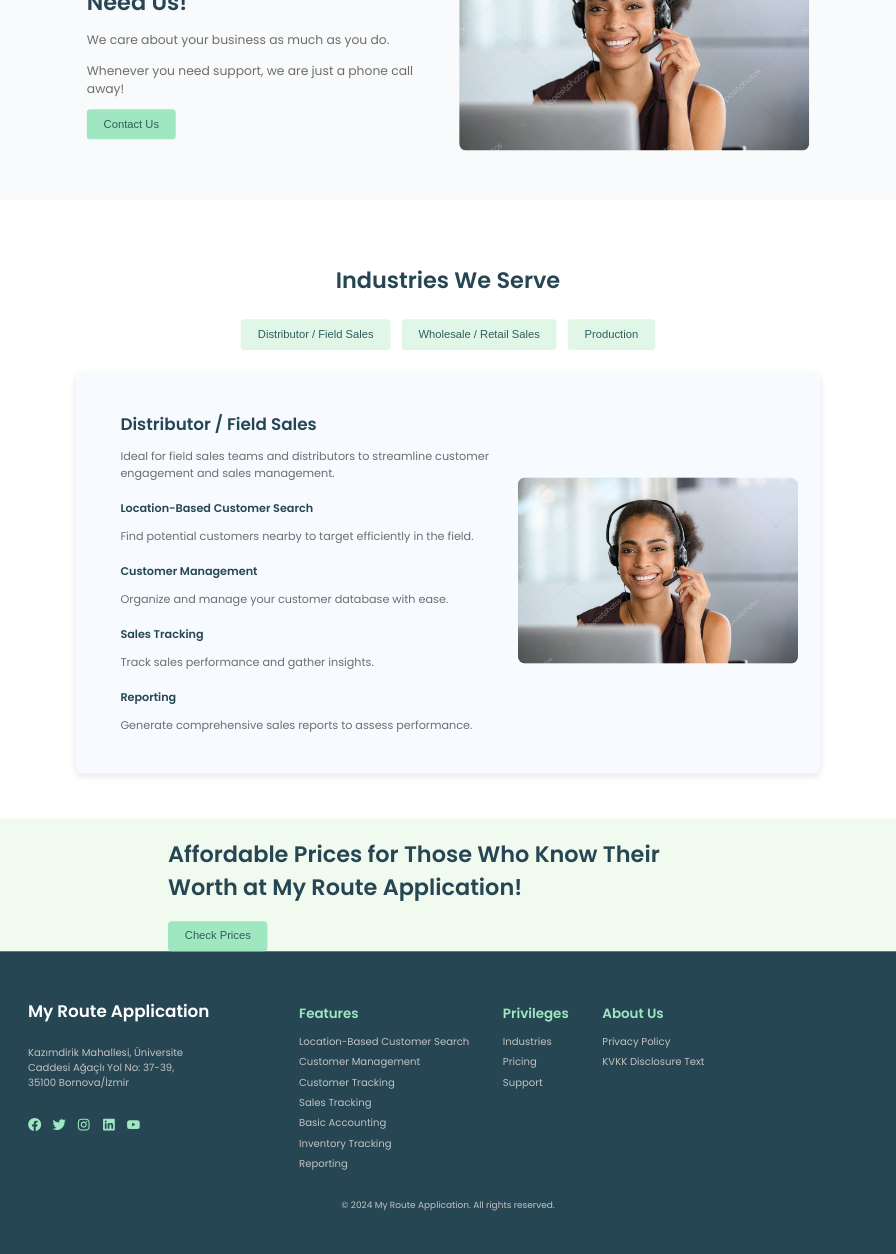
Repository: senolinanyasar/myrouteapplication
Page: /
The author's editor kept a copy of each file at every save. The page is drawn from the files as they stood at one save, then again after the next save.
The browser window is 1280 px wide. The pictures show the part of the page from y = 2360 to 4280 px (the page is 4152 px tall before and 4280 px after), at 70% of full size.
The project was rebuilt for these pictures with package versions that can differ from the ones it lists, and the page was loaded fresh each time. Also part of the build but not shown: vite.config.js, src/components/PricingPage.css, src/components/PricingPage.js.

Above is the page before, as saved 2024-11-16 23:29:19.

After the next save:
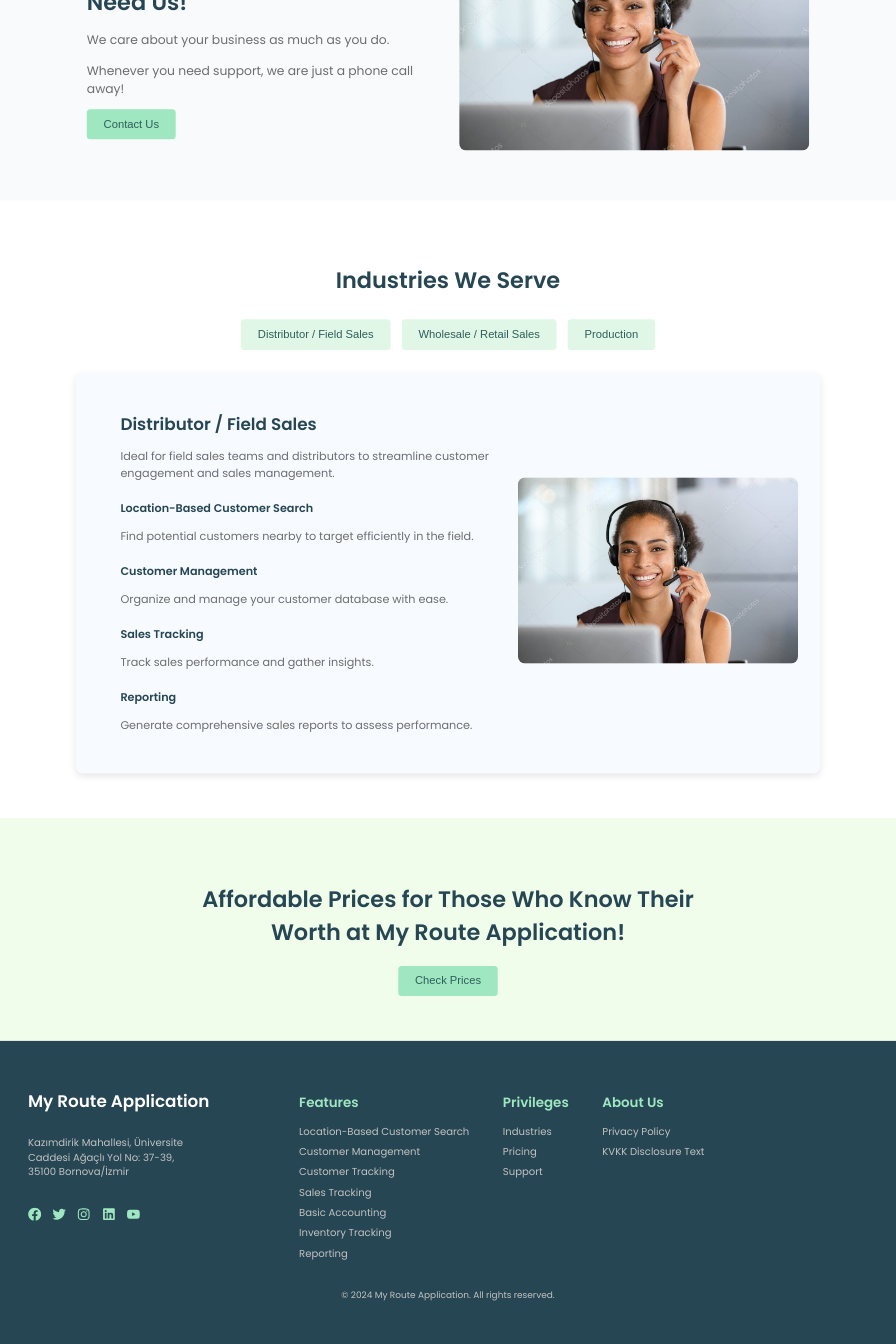
Saved 20 h 12 min later.
--- a/src/components/PricingSection.js
+++ b/src/components/PricingSection.js
@@ -4,7 +4,7 @@
 
 const PricingSection = () => {
     return (
-        <section className="pricin-section">
+        <section className="pricing-section">
           <div className="price-content">
           <h2>Affordable Prices for Those Who Know Their Worth at My Route Application!</h2>
           <button className="cta-button">Check Prices</button>
